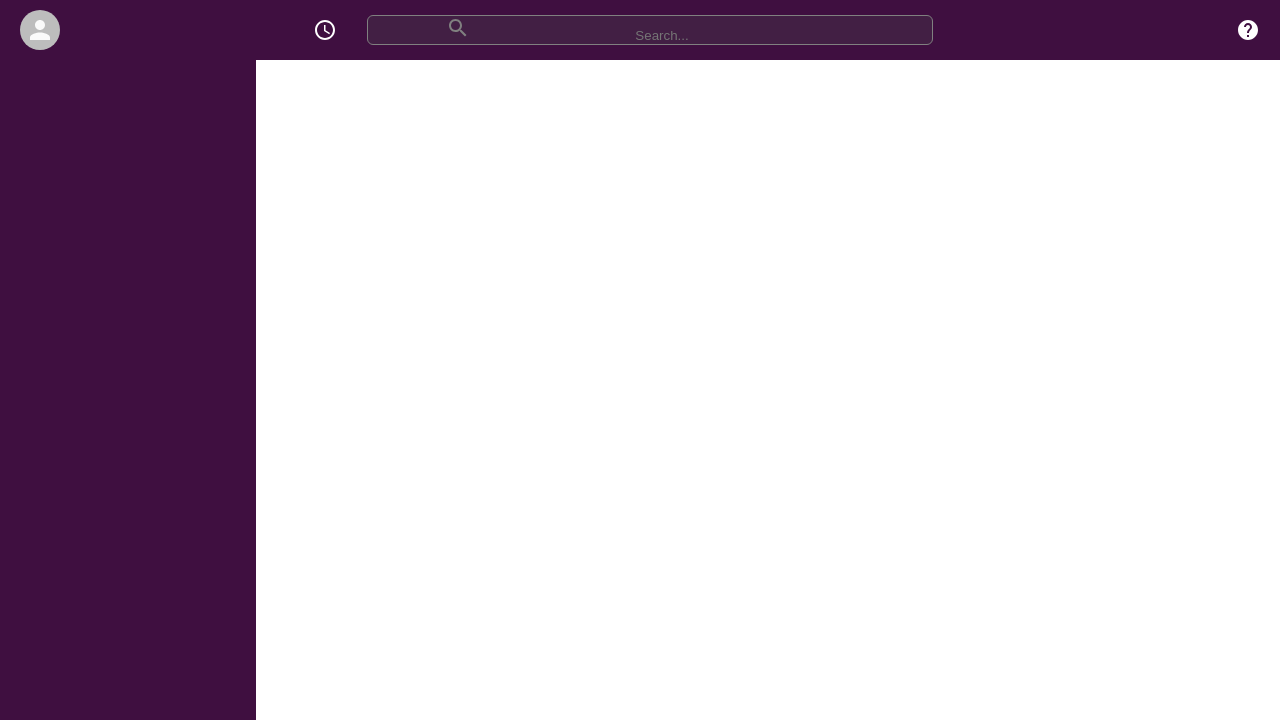
Repository: KrzysKolo/slackClone
Page: /
The author's editor kept a copy of each file at every save. The page is drawn from the files as they stood at one save, then again after the next save.
The browser window is 1280 px wide. The pictures show the whole page.
The project was rebuilt for these pictures with package versions that can differ from the ones it lists, and the page was loaded fresh each time. Also part of the build but not shown: src/App.css, src/pages/About/About.js.

Above is the page before, as saved 2021-12-22 18:35:57.

After the next save:
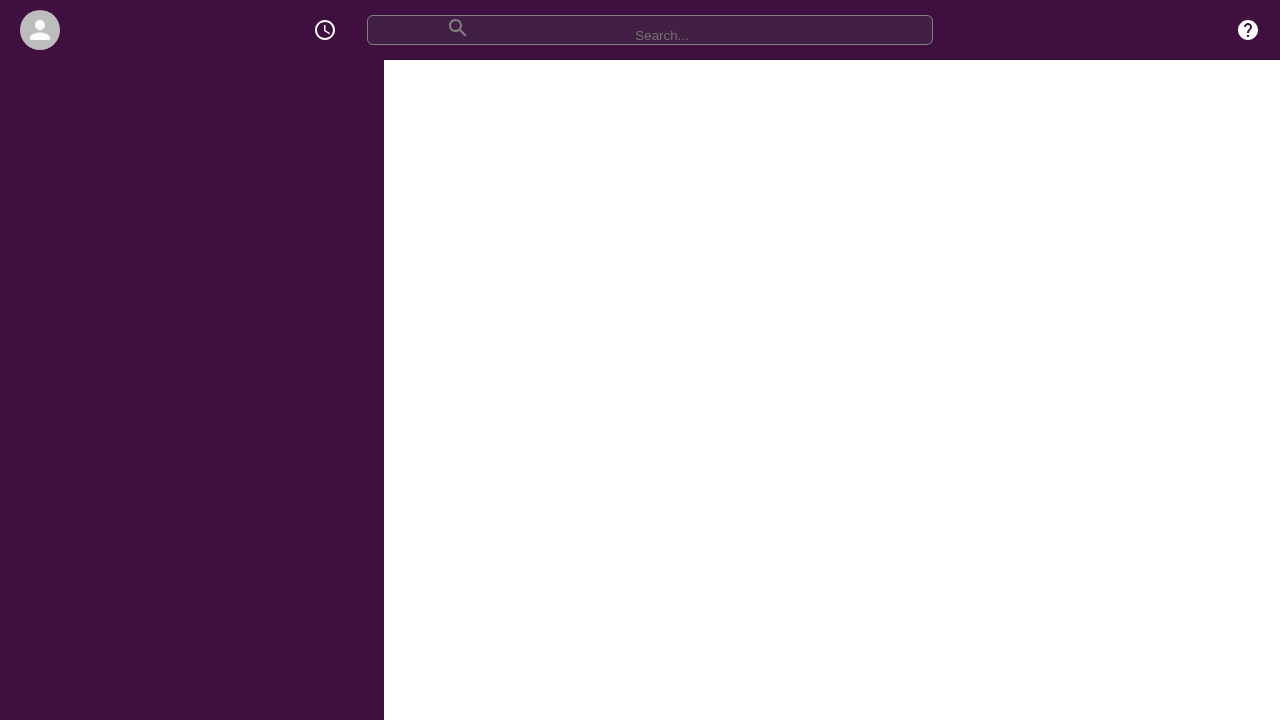
Saved 24 s later.
--- a/src/components/Sidebar/style.js
+++ b/src/components/Sidebar/style.js
@@ -3,6 +3,7 @@ import styled from 'styled-components';
 export const SidebarContainer = styled.div`
   color: white;
   background-color: var(--slack-color);
+  flex: 0.3;
 `;
 
 export const SidebarHead = styled.div``;
